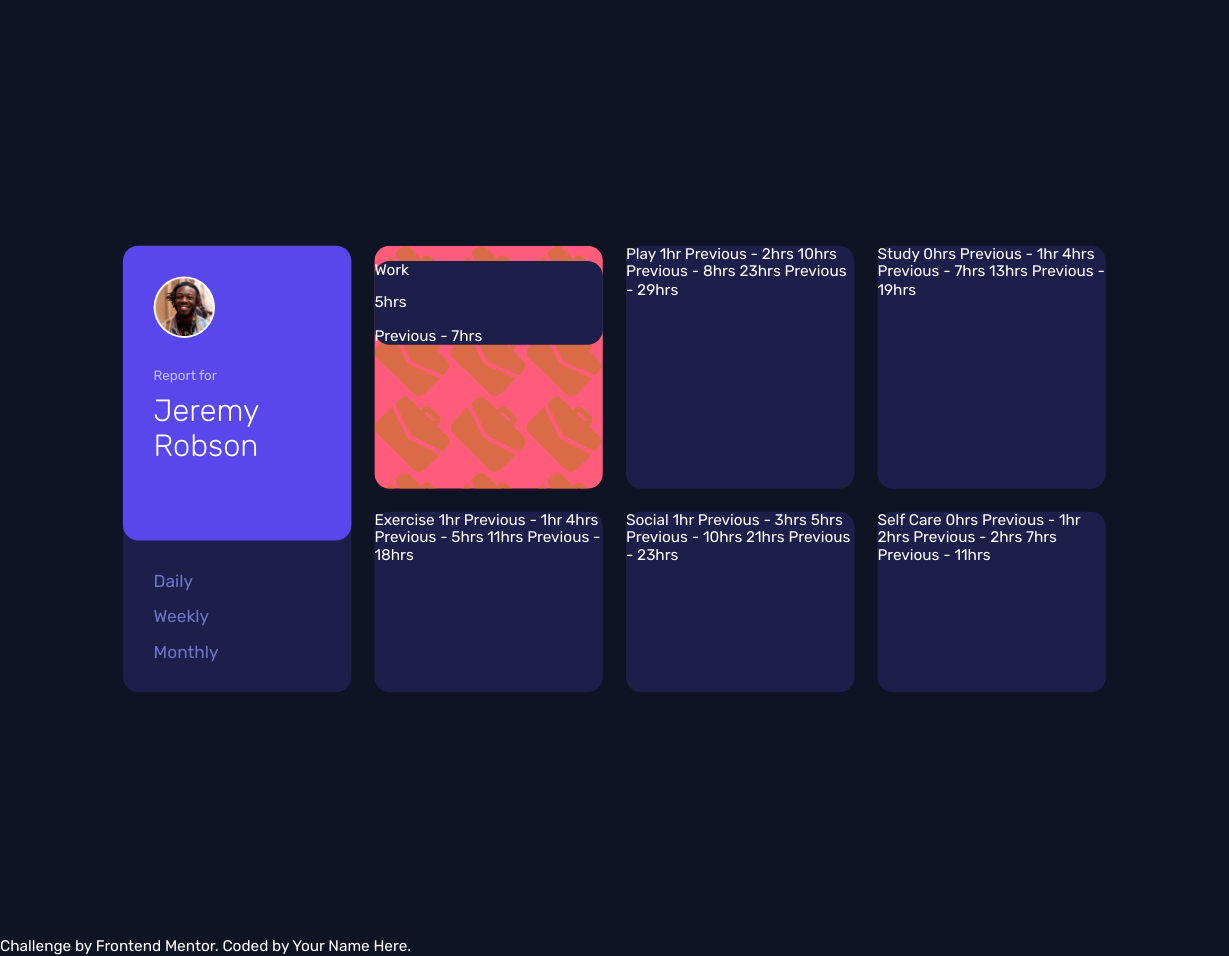
Repository: Jay-JYKim91/FM_time-tracking-dashboard
Page: index.html
The author's editor kept a copy of each file at every save. The page is drawn from the files as they stood at one save, then again after the next save.
The browser window is 1280 px wide. The pictures show the whole page, at 96% of full size.

Above is the page before, as saved 2021-12-15 22:52:45.

After the next save:
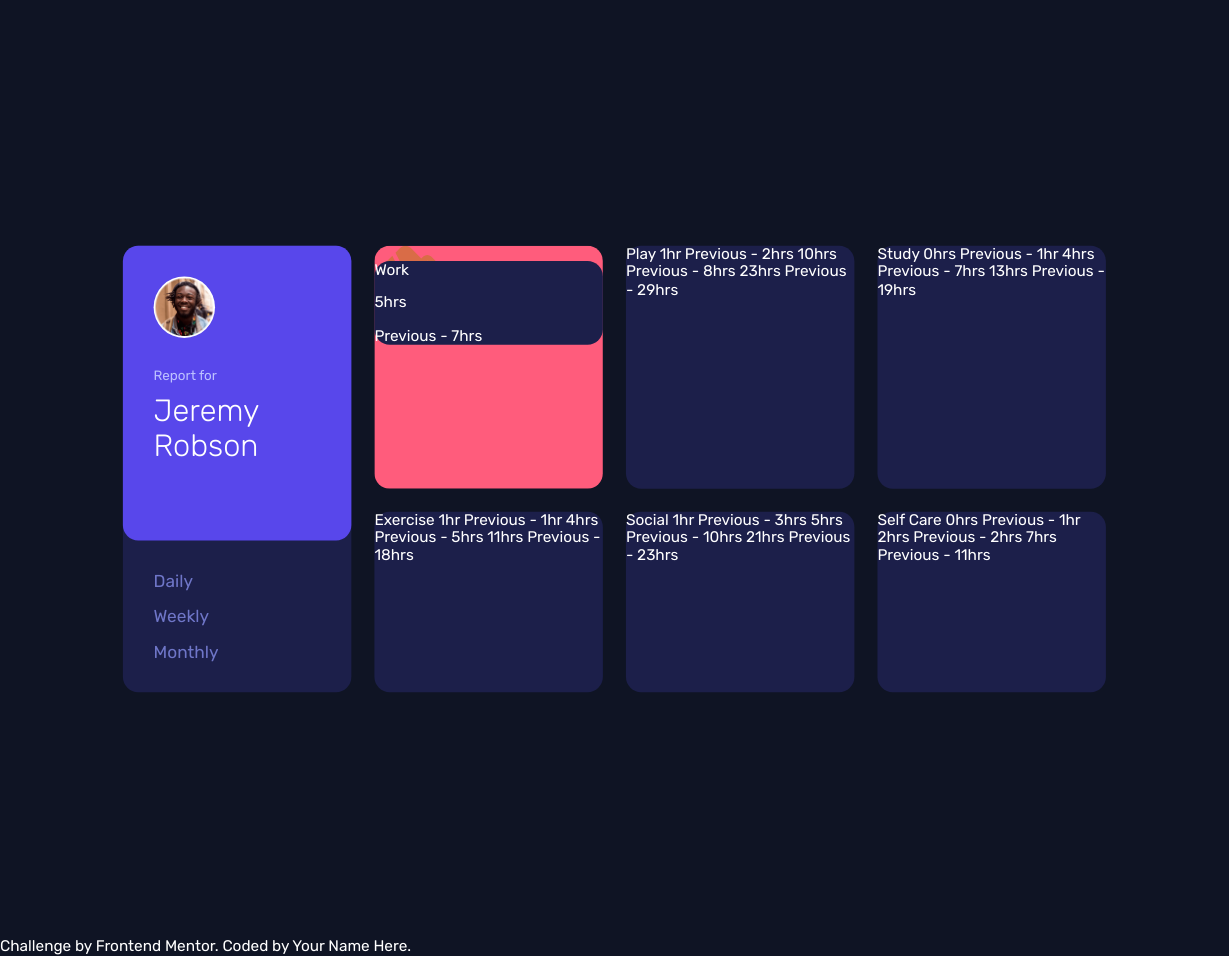
Saved 84 s later.
--- a/style.css
+++ b/style.css
@@ -84,6 +84,8 @@ a {
 .work-bg {
   background-image: url("./images/icon-work.svg");
   background-color: var(--light-red);
+  background-repeat: no-repeat;
+  /* background-position: righ; */
 }
 @media (min-width: 768px) and (max-width: 1023px) {
 }
